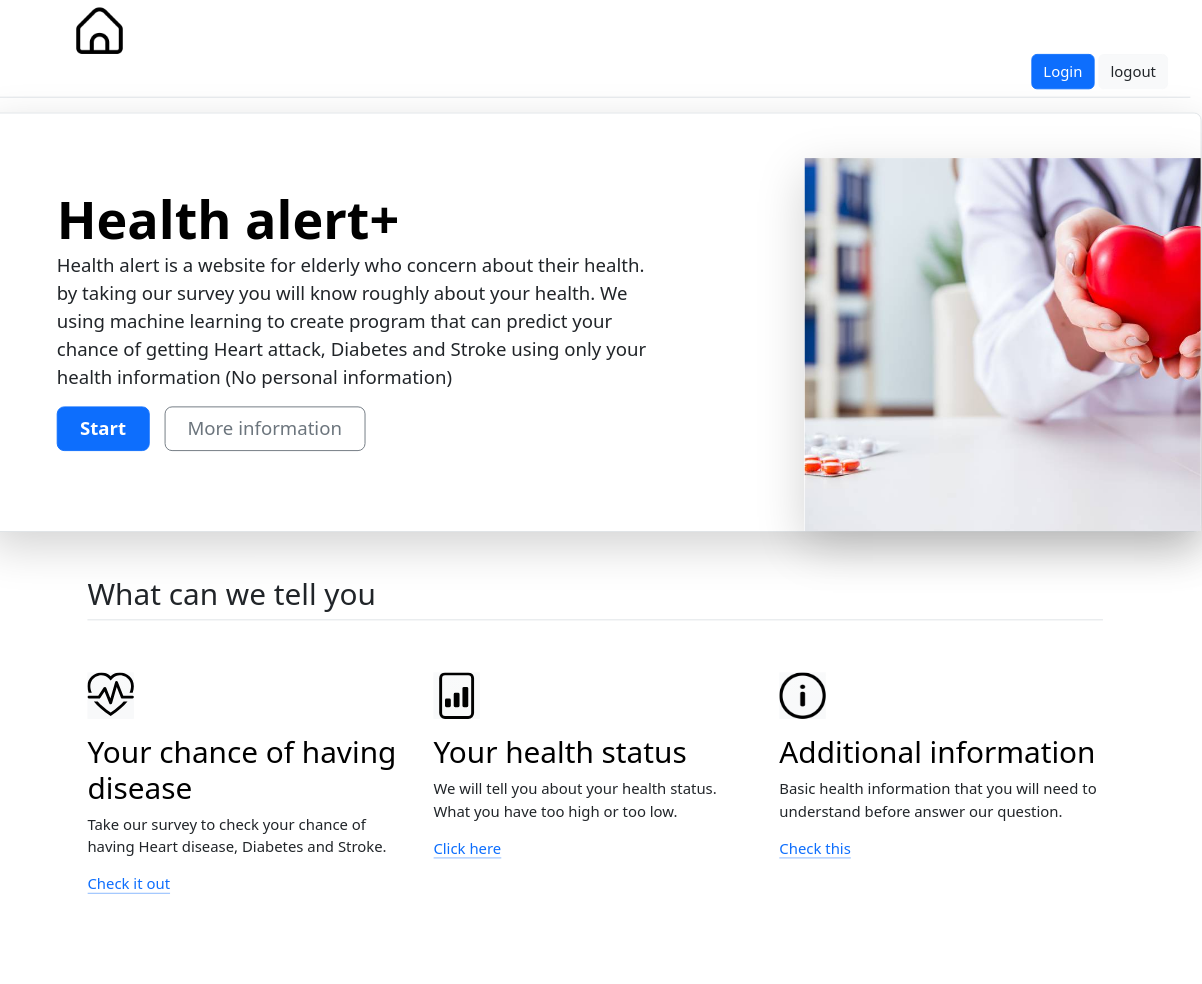
Repository: aneforollll/webapp
Page: http://localhost/index.php
An editor plug-in stored every save of this project. The page is shown before and after the next save, followed by the edit.
The browser window is 1280 px wide. The page is 1292 px wide, so the pictures cover 1292 px, including what lies to the right of the window. The pictures show the whole page, at 93% of full size.
The page is run by PHP 8.4 with error messages shown; the project is at /var/www/html/.

Above is the page before, as saved 2024-01-15 10:48:36.

After the next save:
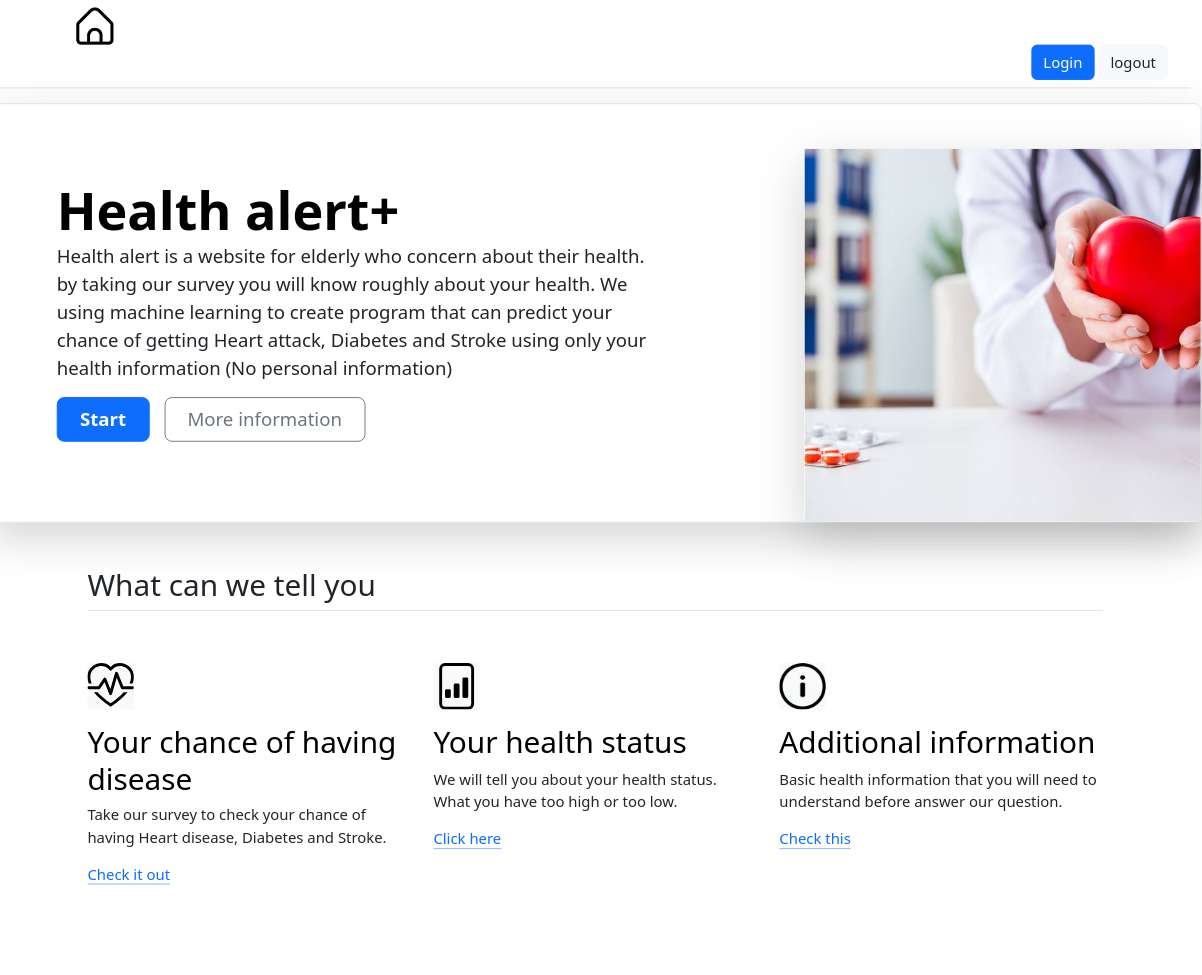
Saved 10 s later.
--- a/index.php
+++ b/index.php
@@ -11,7 +11,7 @@
   <div class="px-3 py-2 border-bottom mb-3">
       <div class="container d-flex flex-wrap justify-content-center">
         <div class="col align-self-start">
-          <img src="images/home.png" width="50px">
+          <img src="images/home.png" width="40px">
         </div>
       </div>
         <div class="text-end">
